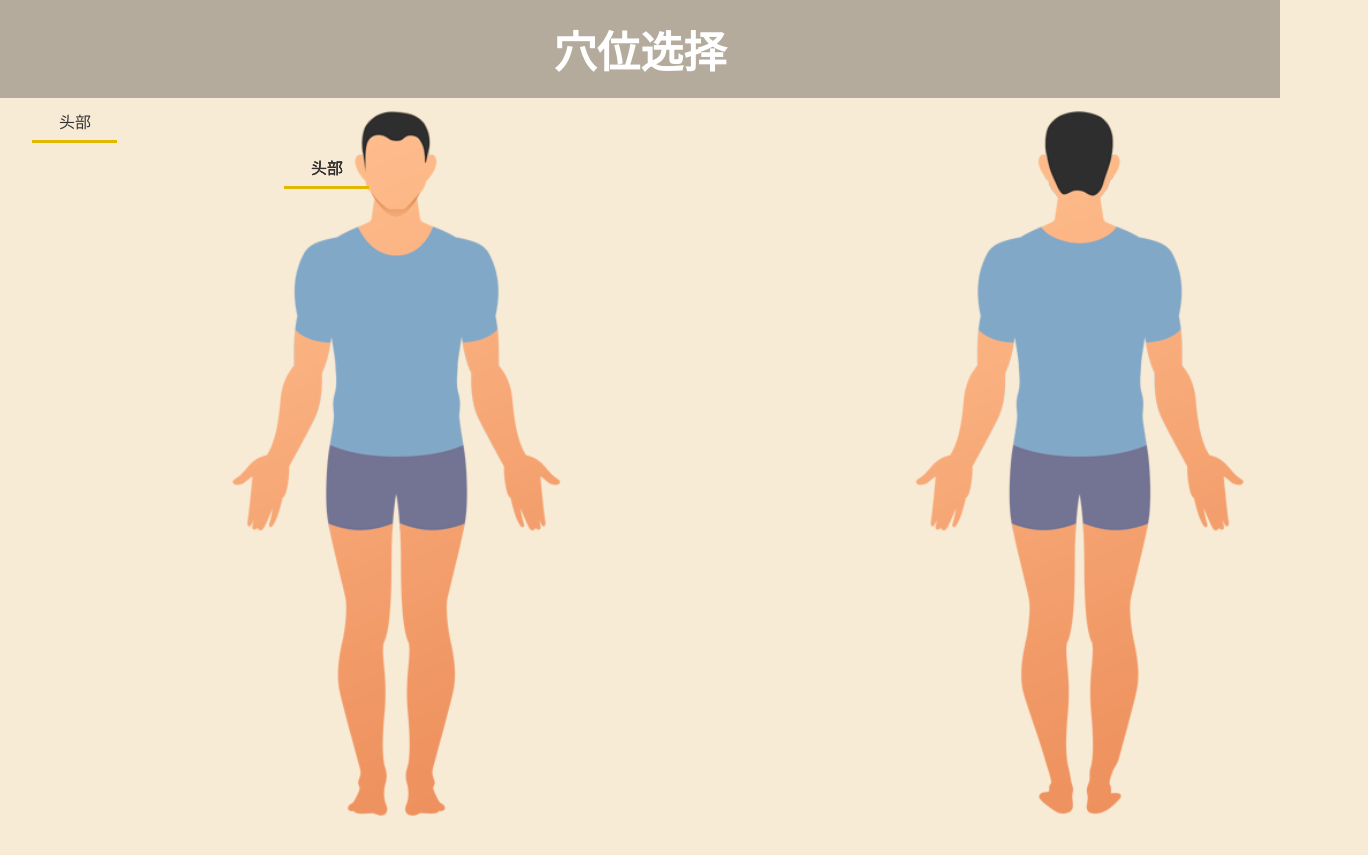
Repository: chjyume/zhongyi
Page: xuewei.html
An editor plug-in stored every save of this project. The page is shown before and after the next save, followed by the edit.
The browser window is 1280 px wide. The page is 1368 px wide, so the pictures cover 1368 px, including what lies to the right of the window. The pictures show the whole page.

Above is the page before, as saved 2023-09-12 20:18:48.

### xuewei.html
<!DOCTYPE html>
<html>

<head>
  <meta charset="utf-8" />
  <title>穴位</title>
  <link rel="stylesheet" type="text/css" href="css/xuewei.css">
</head>

<body>
  <header class="top-bar">
    <h1>穴位选择</h1>
  </header>
  <div class="container">
    <img src="img/xuewei/man1.png" alt="正面" class="img1">
    <img src="img/xuewei/man2.png" alt="反面" class="img2">
    <div class="btn1">
      <div class="btn-wrapper"> <svg height="45" width="150" xmlns="#">
          <rect id="button1" height="45" width="150"></rect>
        </svg>
        <div id="text"> <a href="">头部</a> </div>
      </div>
    </div>
    <div class="btn2">
      <div class="btn-wrapper"> <svg height="45" width="150" xmlns="#">
          <rect id="button1" height="45" width="150"></rect>
        </svg>
        <div id="text"> <a href="">头部</a> </div>
      </div>
    </div>
    <div class="btn1">
      <div class="btn-wrapper"> <svg height="45" width="150" xmlns="#">
          <rect id="button1" height="45" width="150"></rect>
        </svg>
        <div id="text"> <a href="">头部</a> </div>
      </div>
    </div>
    <div class="btn1">
      <div class="btn-wrapper"> <svg height="45" width="150" xmlns="#">
          <rect id="button1" height="45" width="150"></rect>
        </svg>
        <div id="text"> <a href="">头部</a> </div>
      </div>
    </div>
  </div>
</body>

</html>

### css/xuewei.css
body{
    background-color: rgb(248, 235, 213);
    margin: 0;
    padding: 0;
}
.top-bar {
background-color: #33333358;
color: #fff;
padding: 2.5vh;
text-align: center;
top: 0;
left: 0;
width: 100%;
box-sizing: border-box;

}

.top-bar h1 {
font-size: 6vh;
margin: 0;
}

.img1{
    width: 80vh;
    position: absolute;
    top:10vh;
    left:15vh;
    z-index: 1;
}
.img2 {
    width: 80vh;
    position: absolute;
    top: 10vh;
    left: 110vh;
    z-index: 1;
}
.btn1{
    position: absolute;
    top: 20vh;
    left: 35vh;
}
.btn-wrapper {
    z-index: 2;
    position: absolute;
    float: left;
    line-height: 45px;
    display: inline-block;
    margin-right: 2em;
    text-align: center;
}

#button1 {
    stroke-width: 6px;
    fill: transparent;
    stroke:#e1b700;
    stroke-dasharray: 85 400;
    stroke-dashoffset: -228;
    transition: 1s all ease;
}

.btn-wrapper:hover #button1 {
    stroke-dasharray: 50 0;
    stroke-width: 3px;
    stroke-dashoffset: 0;
    stroke: #e1b700;
}

#text {
    margin-top: -60px;
    text-align: center;
}

#text a {
    color: #333;
    text-decoration: none;
    font-weight: 400;
}

After the next save:
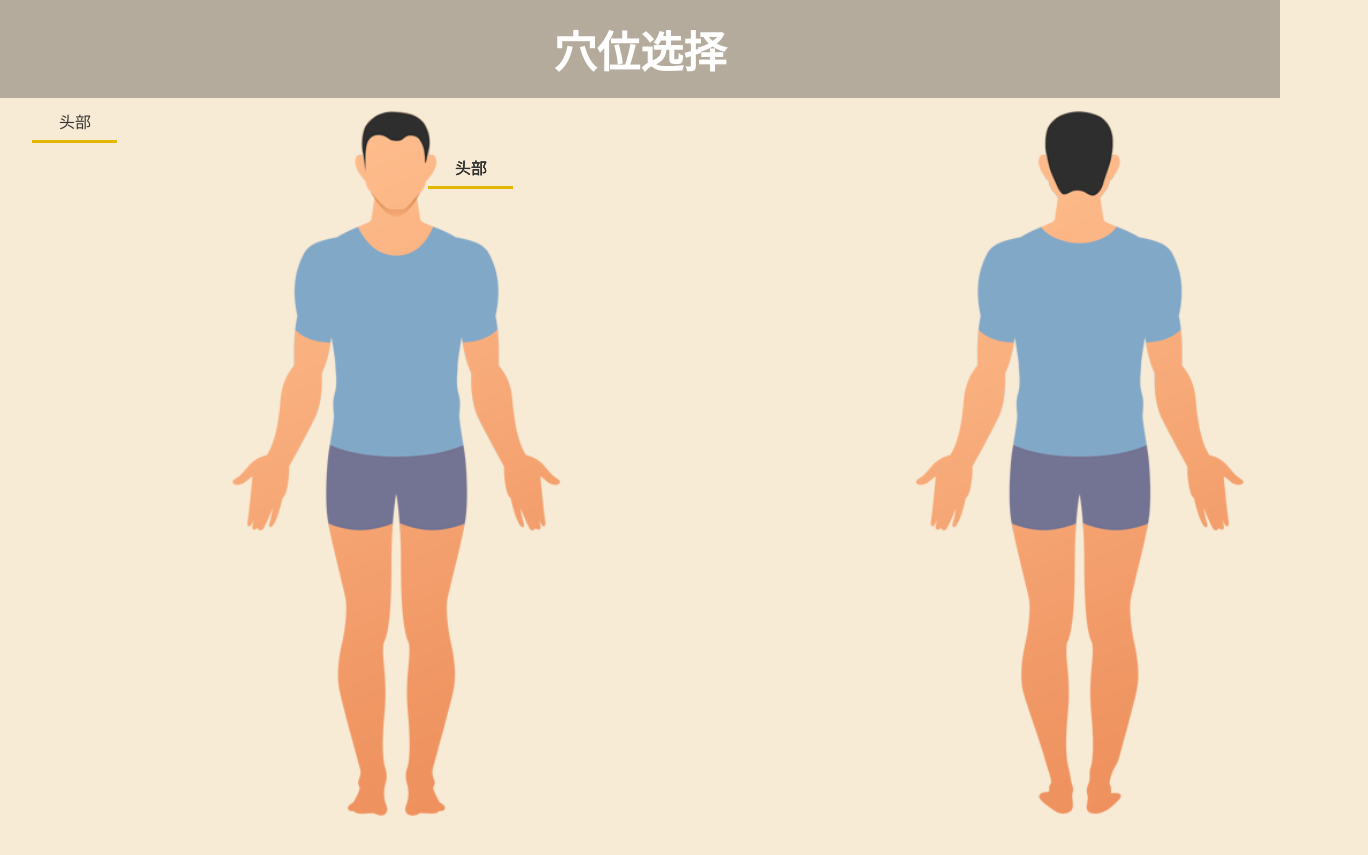
Saved 8 s later.
--- a/css/xuewei.css
+++ b/css/xuewei.css
@@ -37,7 +37,7 @@ margin: 0;
 .btn1{
     position: absolute;
     top: 20vh;
-    left: 35vh;
+    left: 55vh;
 }
 .btn-wrapper {
     z-index: 2;
